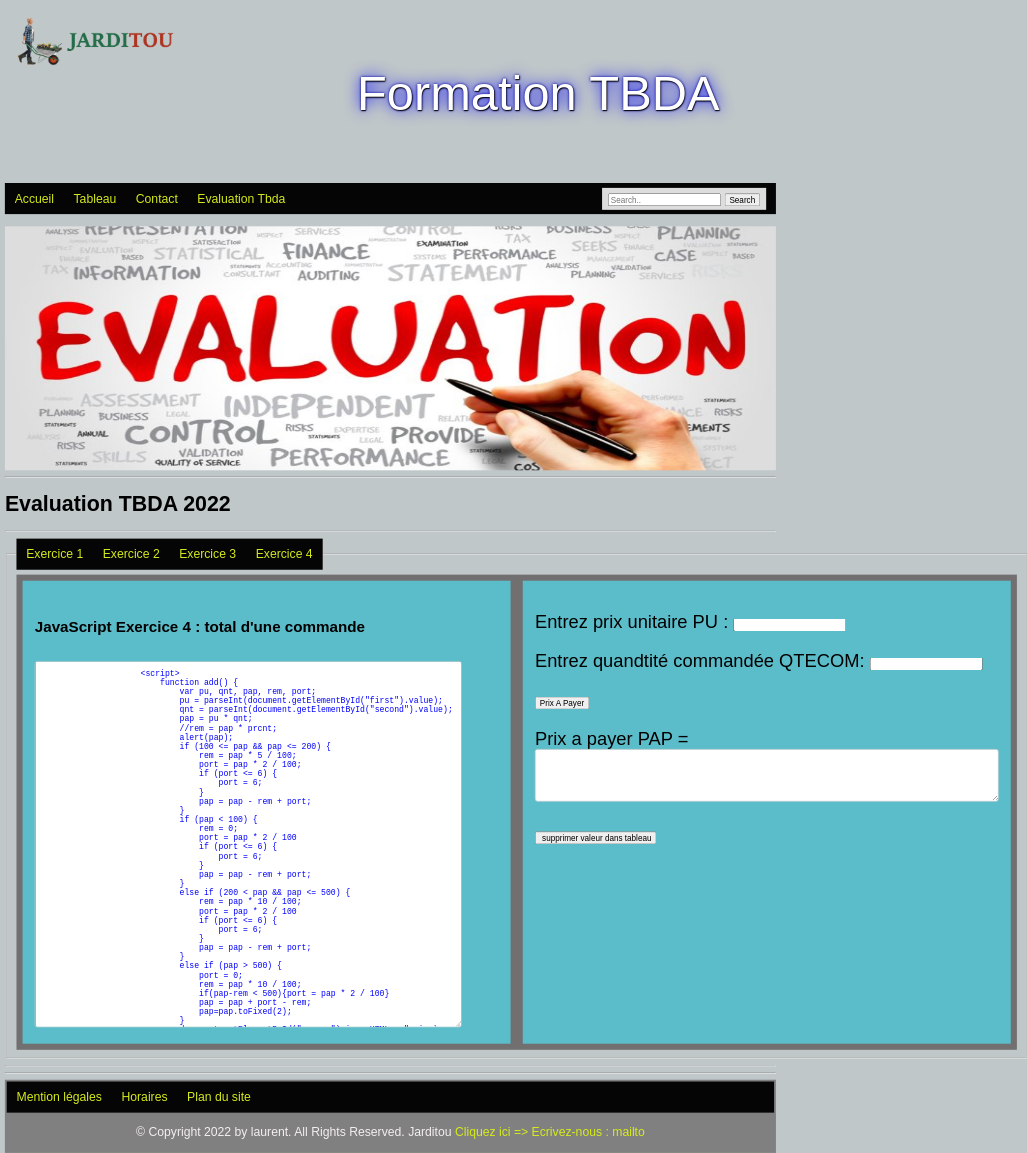
Repository: laurentbul/jarditou
Page: javascript/EvaluationTbda/eval_ex4.html
These files come from the project's save history. The page is drawn as it stood at one moment and after the next save; the edit follows.
The browser window is 1280 px wide. The page is 1684 px wide, so the pictures cover 1684 px, including what lies to the right of the window. The pictures show the whole page, at 61% of full size.
An inner scrolling area shows only its first screen.

Above is the page before, as saved 2022-12-14 18:10:06.

### javascript/EvaluationTbda/eval_ex4.html
<!DOCTYPE html>
<html lang="fr">

<head>
    <meta charset="UTF-8">
    <meta http-equiv="X-UA-Compatible" content="IE=edge">
    <meta name="viewport" content="width=device-width, initial-scale=1.0">
    <title>cours exercices HTML</title>
    <link rel="stylesheet" href="../assets/css/stylepageindex.css" />
    <style>
        .flex-container2 {
            display: flex;
            background-color: rgb(114, 111, 113);
        }

        .flex-container2>div {
            background-color: #5cbdca;
            margin: 10px;
            padding: 20px;
            font-size: 30px;
            width: 800px;
        }
    </style>
</head>

<body>
    <div class="flex-container">
        <div class="logo"><img src="../assets/img/jarditou_logo.png" alt="jarditou logo" title="jarditou logo"
                height="80" />
        </div>
        <div>
            <p class="slogan">Formation TBDA </p>
        </div>
    </div>
    <nav>
        <ul>
            <li><a href="../index.html">Accueil</a></li>
            <li><a href="../table.html">Tableau</a></li>
            <li><a href="../contact.html">Contact</a></li>
            <li><a href="../EvaluationTbda/evaluation_tbda.html">Evaluation Tbda</a></li>
            <li class="search-container">
                <div>
                    <form action="/action_page.php">
                        <input type="text" class="searchinput" placeholder="Search.." name="search" />
                        <button type="submit">Search</button>
                    </form>
                </div>
            </li>
        </ul>
    </nav>
    <img src="../assets/img/evaluation2.jpg" width="500" height="400" alt="qu'est ce que html" class="imgpromotion"
        title="promotion jarditou" />
    <hr />
    <h1>Evaluation TBDA 2022</h1>
    <include src="./horaire.html"></include>
    <hr>
    <fieldset>
        <legend style="padding:1px 0; font-size:20px;">
            <nav>
                <ul>
                    <li><a href="eval_ex1.html">Exercice 1 </a></li>
                    <li><a href="eval_ex2.html">Exercice 2 </a></li>
                    <li><a href="eval_ex3.html">Exercice 3</a></li>
                    <li><a href="eval_ex4.html">Exercice 4</a></li>
                    </li>
                </ul>
            </nav>
        </legend>
        <div class="flex-container2">
            <div id="code">
                <h5>JavaScript Exercice 4 : total d'une commande</h5>
                <textarea style="height: 600px;width: 700px; color: blue;">
                    <script>
                        function add() {
                            var pu, qnt, pap, rem, port;
                            pu = parseInt(document.getElementById("first").value);
                            qnt = parseInt(document.getElementById("second").value);
                            pap = pu * qnt;
                            //rem = pap * prcnt;
                            alert(pap);
                            if (100 <= pap && pap <= 200) {
                                rem = pap * 5 / 100;
                                port = pap * 2 / 100;
                                if (port <= 6) {
                                    port = 6;
                                }
                                pap = pap - rem + port;
                            }
                            if (pap < 100) {
                                rem = 0;
                                port = pap * 2 / 100
                                if (port <= 6) {
                                    port = 6;
                                }
                                pap = pap - rem + port;
                            }
                            else if (200 < pap && pap <= 500) {
                                rem = pap * 10 / 100;
                                port = pap * 2 / 100
                                if (port <= 6) {
                                    port = 6;
                                }
                                pap = pap - rem + port;
                            }
                            else if (pap > 500) {
                                port = 0;
                                rem = pap * 10 / 100;
                                if(pap-rem < 500){port = pap * 2 / 100}
                                pap = pap + port - rem;
                                pap=pap.toFixed(2);
                            }
                            document.getElementById("answer").innerHTML = "prix à payer net : " + pap + " total remise : " + rem + " cout de transport : " + port;
                            document.getElementById("answer1").innerHTML = "prix à payer net : " + pap + " total remise : " + rem + " cout de transport : " + port;
                        }

                        function myFunction() {
                  location.reload();
                  }
                  function reset() {
                  document.getElementById("myForm").reset();
                  }
                    </script>
    </textarea>
            </div>
            <div id="ex1">
                <div>
                  <p>Entrez prix unitaire PU : <input id="first"></p>
                  <p>Entrez quandtité commandée QTECOM: <input id="second"></p>
                  <button onclick="add()">Prix A Payer</button>
                  <p>Prix a payer PAP = <textarea rows="4" cols="50" maxlength="50" id="answer"> </textarea></p>
                  <div id="answer1"></div>
                  <input type="button" onclick=myFunction() value=" supprimer valeur dans tableau" />
                </div>
            </div>
        </div>
    </fieldset>
    <hr>
    <script>
      function add() {
          var pu, qnt, pap, rem, port;
          pu = parseInt(document.getElementById("first").value);
          qnt = parseInt(document.getElementById("second").value);
          pap = pu * qnt;
          //rem = pap * prcnt;
          alert(pap);
          if (100 <= pap && pap <= 200) {
              rem = pap * 5 / 100;
              port = pap * 2 / 100;
              if (port <= 6) {
                  port = 6;
              }
              pap = pap - rem + port;
          }
          if (pap < 100) {
              rem = 0;
              port = pap * 2 / 100
              if (port <= 6) {
                  port = 6;
              }
              pap = pap - rem + port;
          }
          else if (200 < pap && pap <= 500) {
              rem = pap * 10 / 100;
              port = pap * 2 / 100
              if (port <= 6) {
                  port = 6;
              }
              pap = pap - rem + port;
          }
          else if (pap > 500) {
              port = 0;
              rem = pap * 10 / 100;
              if(pap-rem < 500){port = pap * 2 / 100}
              pap = pap + port - rem;
              pap=pap.toFixed(2);
          }
          document.getElementById("answer").innerHTML = "prix à payer net : " + pap + " total remise : " + rem + " cout de transport : " + port;
          document.getElementById("answer1").innerHTML = "prix à payer net : " + pap + " total remise : " + rem + " cout de transport : " + port;
      }

      function myFunction() {
location.reload();
}
function reset() {
document.getElementById("myForm").reset();
}
  </script>
    <hr>
    <footer>
        <nav>
            <ul>
                <li><a href="mentionlegale.html">Mention légales</a></li>
                <li><a href="horaire.html">Horaires</a></li>
                <li><a href="plandusite.html">Plan du site</a></li>
            </ul>
        </nav>
        <p style="color: rgb(244, 238, 238);">
            &copy; Copyright 2022 by laurent. All Rights Reserved. Jarditou
            <a href="mailto:dave.loper@afpa.fr" title="Nous contacter">
                Cliquez ici => Ecrivez-nous : mailto
            </a>
        </p>
    </footer>
</body>

</html>

### javascript/assets/css/stylepageindex.css
body {
  font-family: Arial, Helvetica, sans-serif;
  padding: 0px;
  background-color: rgb(192, 199, 201);
  font-size: 20px;
  height: 1500px;
}
h1{font-size: 35px;
}
h2{font-size: 20px;
}
.flex-container {
  display: flex;
}

.flex-container>div {
  padding: 20px;
}

.jarditou_logo {
  height: 80px;
}

.slogan {
  color: white;
  text-shadow: 1px 1px 2px black, 0 0 25px blue, 0 0 5px darkblue;
  font-size: 40px;
  margin-left: 250px;
  font-size: 80px;
}

ul {
  list-style-type: none;
  margin: 0;
  padding: 0;
  overflow: hidden;
  background-color: rgb(5, 5, 5);
}

li {
  float: left;
}

li a {
  display: block;
  color: white;
  text-align: center;
  padding: 14px 16px;
  text-decoration: none;
}

li a:hover:not(.active) {
  background-color: rgb(240, 10, 10);
}

.active {
  background-color: #4caf50;
}

a:link {
  color: rgb(214, 235, 28);
  background-color: transparent;
  text-decoration: none;
}

ul.a {

  background-color: rgb(179, 167, 167);

  color:rgb(42, 226, 211);

}


aside {
  width: 30%;
  height: 25%px;
  padding-left: 15px;
  float: right;
  font-style: italic;
  background-color: lightgray;
  margin-right: 60px;
}



.imgpromotion {
  display: block;
  margin-top: 20px;
  margin-left: auto;
  margin-right: auto;
  width: 100%;
}


footer {
  text-align: center;
  padding: 3px;
  background-color: gray;
  color: white;
}


.search-container {
  float: right;
  padding: 6px 10px;
  margin-top: 8px;
  margin-right: 16px;
  background: #ddd;
  font-size: 20px;
  border: none;
  cursor: pointer;
}


* {
  box-sizing: border-box;
}

input[type=text]:not(.searchinput),
select,
textarea {
  width: 100%;
  padding: 12px;
  border: 1px solid #ccc;
  border-radius: 4px;
  resize: vertical;
}



input[type=submit] {
  display: block;
  margin: 0px;
  width: 100%;
  padding: 12px;
  background-color: rgb(211, 211, 212);
}


input[type=submit]:hover {
  background-color: #d6c82f;
}

.container {
  border-radius: 5px;
  background-color: #af1818;
  padding: 20px;
}

#pays {
  font-size: 20px;
}

#birthday {
  font-size: 20px;
}

table {
  margin-bottom: 50px;
  margin-left: 100px;
}


th,
td {
  border: 1px solid black;
  border-collapse: collapse;
  margin-left: 100px;
  margin-bottom: 10px;
  background-color: #3f3324;
}

th {
  background-color: gray;
}

tr {
  color: azure;
}

table {
  width: 50%;
}

.btncontact {
  height: 45px;
  width: 200px;
  background-color: hsl(127, 4%, 46%);
  font-size: 20px;
  margin-left: 100px;
}

.btncontact:hover {
  background-color: #6ab0d8;
  color: white;
}

/* Responsive layout - when the screen is less than 768px wide, make the two columns stack on top of each other instead of next to each other */
@media screen and (max-width: 768px) {

  body {

    background-color: lavender;
    font-size: 14px;
  }


  .flex-container {
    display: flex;
  }

  .flex-container>div {
    padding: 0px;

  }

  .jarditou_logo {
    height: 80px;
  }

  .slogan {
    color: white;
    text-shadow: 1px 1px 2px black, 0 0 25px blue, 0 0 5px darkblue;
    margin-left: 0px;
    font-size: 40px;
  }

  ul {
    list-style-type: none;
    background-color: #367791;
    width: 768px;
  }

  li {
    background-color: rgb(10, 10, 10);
    display: flex;
    justify-content: center;
    width: 768px;
  }

  li a:hover:not(.active) {
    background-color: rgb(240, 10, 10);
  }

  aside{
    visibility: hidden;
}


}

.error{
  color: rgb(197, 22, 22);
}

After the next save:
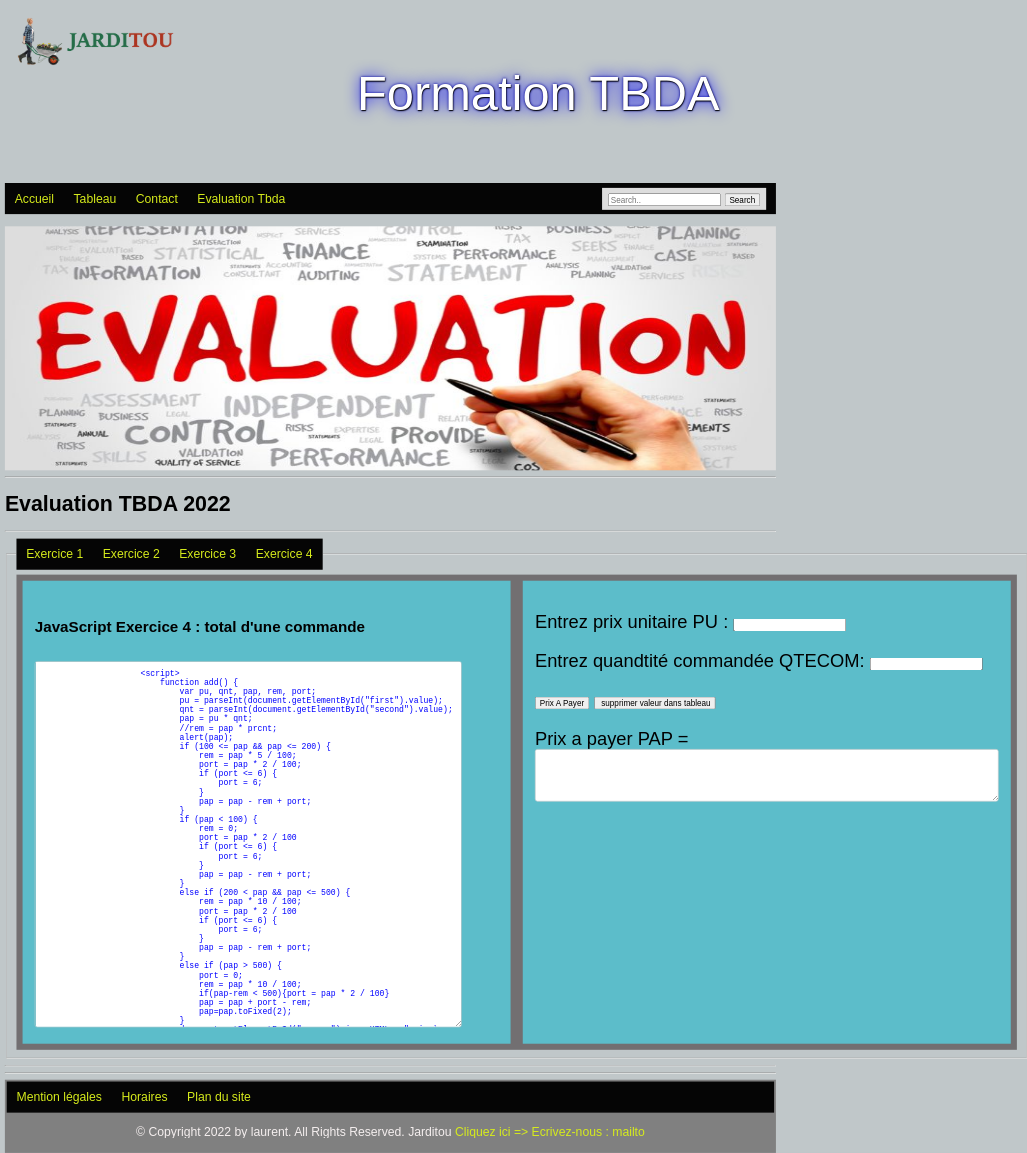
Saved 112 s later.
--- a/javascript/EvaluationTbda/eval_ex4.html
+++ b/javascript/EvaluationTbda/eval_ex4.html
@@ -126,10 +126,9 @@
                 <div>
                   <p>Entrez prix unitaire PU : <input id="first"></p>
                   <p>Entrez quandtité commandée QTECOM: <input id="second"></p>
-                  <button onclick="add()">Prix A Payer</button>
+                  <button onclick="add()">Prix A Payer</button> <input type="button" onclick=myFunction() value=" supprimer valeur dans tableau" />
                   <p>Prix a payer PAP = <textarea rows="4" cols="50" maxlength="50" id="answer"> </textarea></p>
                   <div id="answer1"></div>
-                  <input type="button" onclick=myFunction() value=" supprimer valeur dans tableau" />
                 </div>
             </div>
         </div>
